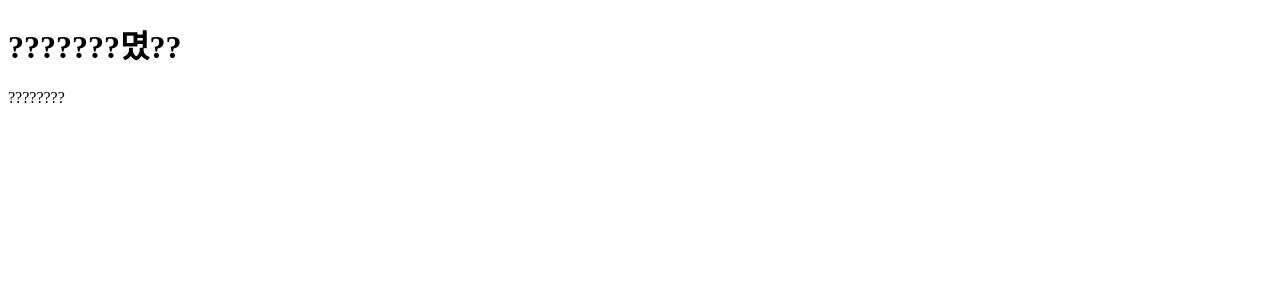
Repository: whdghks9241/Servlet-JSP-Workspace
Page: http://localhost/join/register.jsp
The author's editor kept a copy of each file at every save. The page is drawn from the files as they stood at one save, then again after the next save.
The browser window is 1280 px wide. The pictures show the whole page.
The page is served by Tomcat 9.

Above is the page before, as saved 2023-11-07 00:37:22.

After the next save:
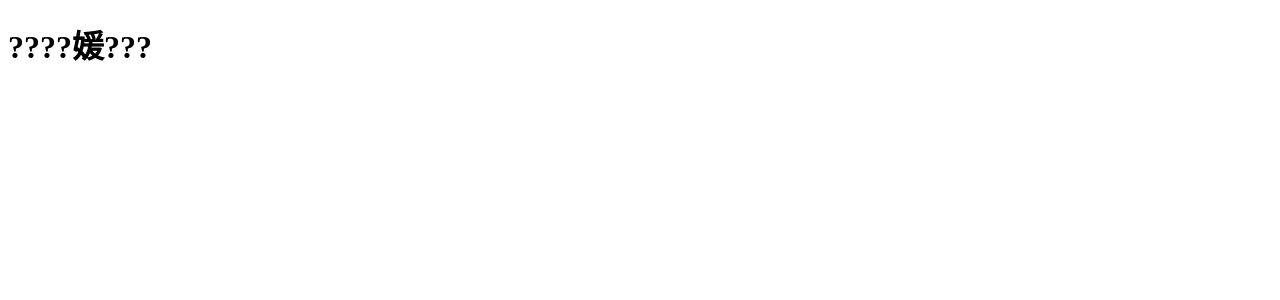
Saved 106 s later.
--- a/join/src/main/webapp/register.jsp
+++ b/join/src/main/webapp/register.jsp
@@ -7,12 +7,7 @@
 <title>Insert title here</title>
 </head>
 <body>
-<h1>안녕하세요</h1>
-<%
+<h1>회원가입</h1>
 
-String msg = "안녕안녕";
-out.println(msg);
-
-%>
 </body>
 </html>
